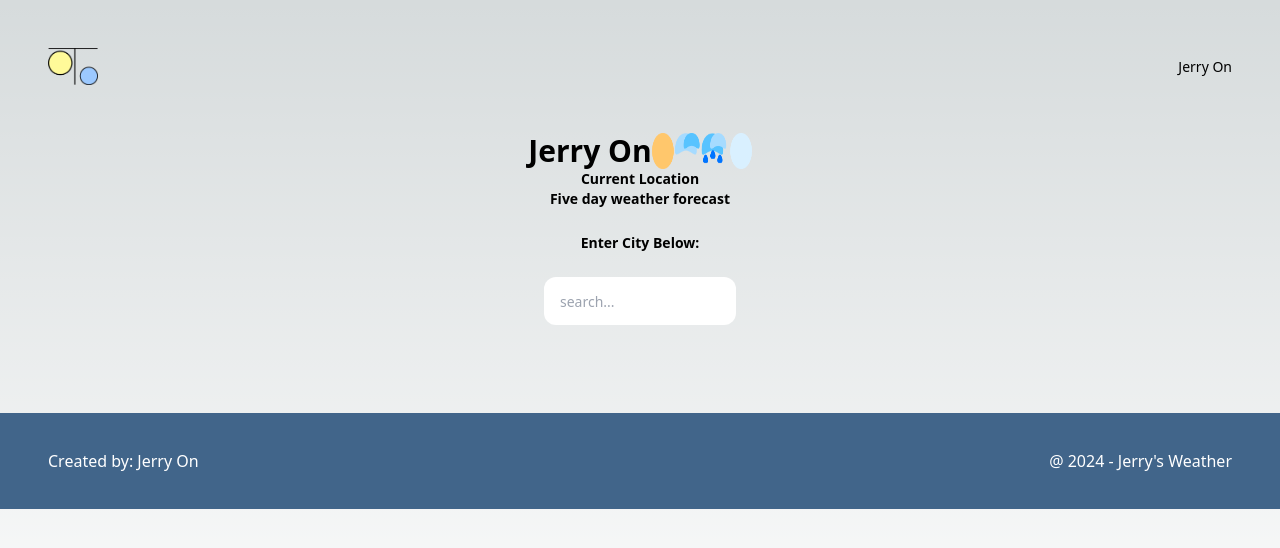
Repository: JerryWuOn/weatherAppMid
Page: /
An editor plug-in stored every save of this project. The page is shown before and after the next save, followed by the edit.
The browser window is 1280 px wide. The pictures show the whole page.
The project was rebuilt for these pictures with package versions that can differ from the ones it lists, and the page was loaded fresh each time. The framework's server and built-in components were replaced by stand-ins that run in the browser. Also part of the build but not shown: next.config.mjs.

Above is the page before, as saved 2024-02-12 20:01:00.

After the next save:
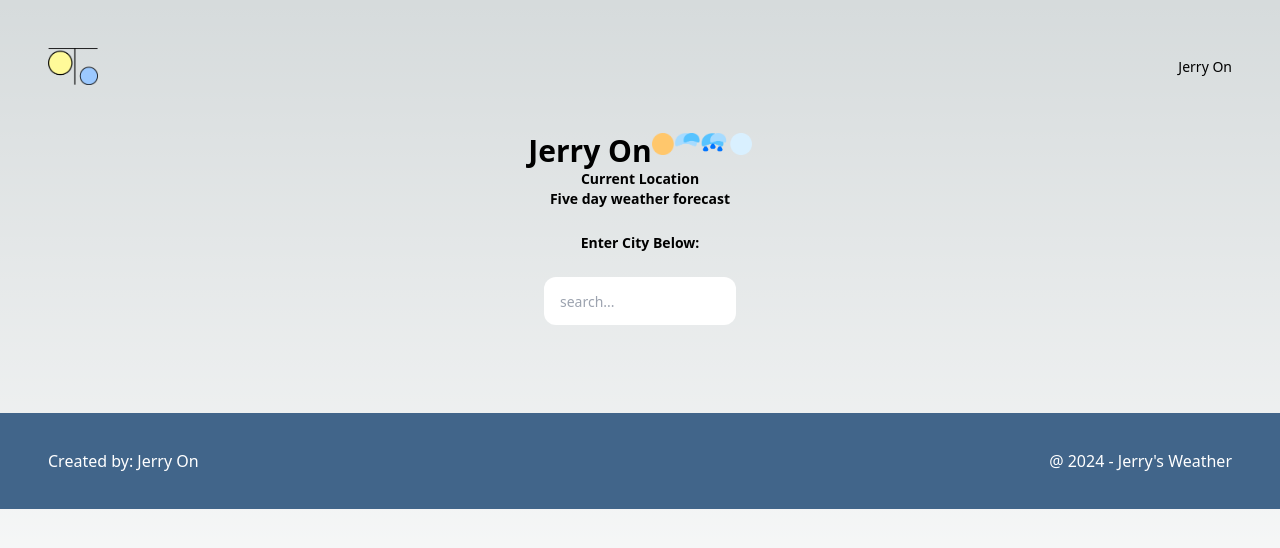
Saved 36 s later.
--- a/src/pages/index.tsx
+++ b/src/pages/index.tsx
@@ -62,7 +62,9 @@ export default function Home() {
         <div className="flex flex-col justify-center text-center w-full items-center">
           <div className="flex flex-row">
             <div className="font-bold text-3xl">Jerry On</div>
-            <Image src={Clouds} alt="clouds" width={100}/>
+            <div className="">
+              <Image src={Clouds} alt="clouds" width={100}/>
+            </div>
           </div>
           <div className="font-bold">Current Location</div>
           <div className="font-bold mb-6">Five day weather forecast</div>
